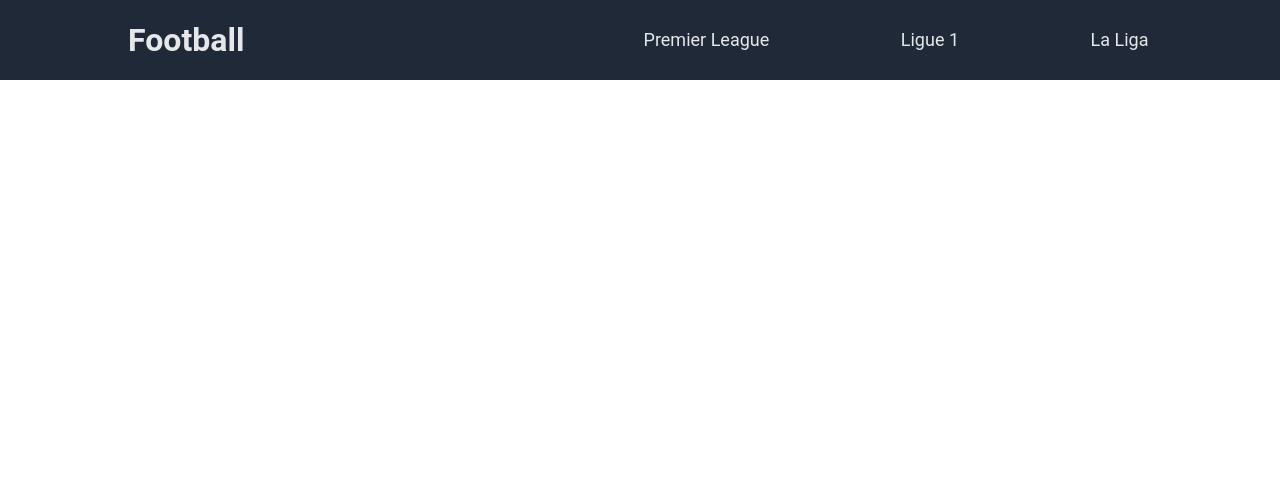
Repository: MhlengiNgubane/Brainnest_CSS
Page: pages/link2.html
These files come from the project's save history. The page is drawn as it stood at one moment and after a run of saves; the edit follows.
The browser window is 1280 px wide. The pictures show the whole page.
Some web fonts or font styles are not loaded; a fallback is used.

Above is the page before, as saved 2022-08-28 08:23:41.

### pages/link2.html
<!DOCTYPE html>
<html lang="en">
<head>
    <meta charset="UTF-8">
    <meta http-equiv="X-UA-Compatible" content="IE=edge">
    <meta name="viewport" content="width=device-width, initial-scale=1.0">
    <title>Ligue 1</title>

    <link rel="stylesheet" href="../css/style.css">
</head>
<body>
    <header class="logo-links">
        <h1>
            <a href="../index.html">Football</a>
        </h1>
        <nav class="links">
            <a href="../pages/link1.html">Premier League</a>
            <a href="../pages/link2.html">Ligue 1</a>
            <a href="../pages/link3.html">La Liga</a>
        </nav>
    </header>
</body>
</html>

### css/style.css
@font-face {
    font-family: "Roboto";
    src: url(./fonts/Roboto-Regular.ttf) format('truetype');
}
* {
    box-sizing: border-box;
    margin: 0;
    padding: 0;
    font-family: "Roboto", sans-serif;
}

header {
    position: fixed;
    left: 0;
    top: 0;
    height: 79.88px;
    width: 100%;
    color: #F9FAF8;
    display: flex;
    justify-content: space-between;
    align-items: center;
    background-color: #1F2937;
}

header h1 {
    display: flex;
    flex: 1;
    align-items: center;
    padding: 0 10%;
}

nav {
    display: flex;
    flex-direction: row;
    justify-content: space-evenly;
    color: #E5E7EB;
    font-size: 18px;
    flex: 3;
}
a {
    text-decoration: none;
    color: #E5E7EB;
}
.hero {
    margin-top: 79.88px;
    display: flex;
    flex-direction: row;
    height: 400px;
    width: 100%;
    background-color: #1F2937;
}
.hero aside {
    flex: 1;
    margin-left: 130px;
    margin-right: 20px;
    margin-top: 35px;
    margin-bottom: 35px;
}
.hero-text-one {
    color: #F9FAF8;
    font-size: 48px;
    margin: 0px;
}
.hero-text-two {
    color: #E5E7EB;
    font-size: 18px;
    margin-top: 14px;
    margin-bottom: 14px;
}
.hero-button {
    background-color: #3882F6;
    border-radius: 5px;
    color: #F9FAF8;
    border:none;
    padding: 5px 16px;
}
#hero-img {
    flex: 1;
    margin-left: 20px;
    margin-right: 35px;
    margin-top: 35px;
    margin-bottom: 45px;
}
#hero-img img {
    height: 230px;
    width: 446.5px;
}
main {
    margin-bottom: 50px;
}
.main-one-header {
    color: #1F2937;
    text-align: center;
    font-size: 36px;
    margin-top: 115.88px;
}
.main-header {
    color: #1F2937;
    text-align: center;
    margin: 36px 0px;
    font-size: 36px;
    font-weight: bold;
}
.images {
    display: flex;
    flex-direction: row;
    justify-content: center;
    height: 350px;
    width: 100%;
    padding-top: 30px;
    padding-bottom: 30px;
    margin-bottom: 45px;
}
figure {
    padding: 15px 10px;
}
figure img {
    height: 200px;
    width: 160px;
    border-radius: 4px;
    margin: 2px
}
figcaption{
    text-align: center;
    margin-top: 5px;
    margin-bottom: 0px;
    margin-right: 1px;
}
.quote {
    background-color: #E5E7EB;
    height: 300px;
    padding-left: 157px;
    padding-right: 157px;
    padding-top: 40px;
    padding-bottom: 40px;
}
blockquote {
    margin: 0px 5px;
    font-size: 36px;
    font-family: italic;
    font-weight: light;
    color: #1F2937;
}
.quote p {
    text-align: right;
    font-size: 18px;
    color: #1F2937;
}
.call-action {
    display: flex;
    flex-direction: row;
    background-color: #3882F6;
    border-radius: 4px;
    align-items: center;
    color: #F9FAF8;
    height: 115px;
    margin-left: 130px;
    margin-right: 130px;
    margin-top: 65px;
    margin-bottom: 65px;
}
.call-text {
    flex: 75%;
    align-content: center;
    padding-left: 125px;
 }
.call-text-one {
    color: #F9FAF8;
    margin-bottom: 2px;
    font-size: 24px;
}
.call-text-two {
    color: #F9FAF8;
    margin-top: 2px;
}
.call-button {
    flex: 25%;
}
.call-button button {
    background-color: #3882F6;
    border-radius: 4px;
    color: #F9FAF8;
    padding: 7px 20px;
    border-color: #F9FAF8;
}
footer {
    height: 70px;
    width: 100%;
    background-color: #1F2937;
    color: white;
    display: flex;
    justify-content: center;
    align-items: center;
}

After the next 2 saves:
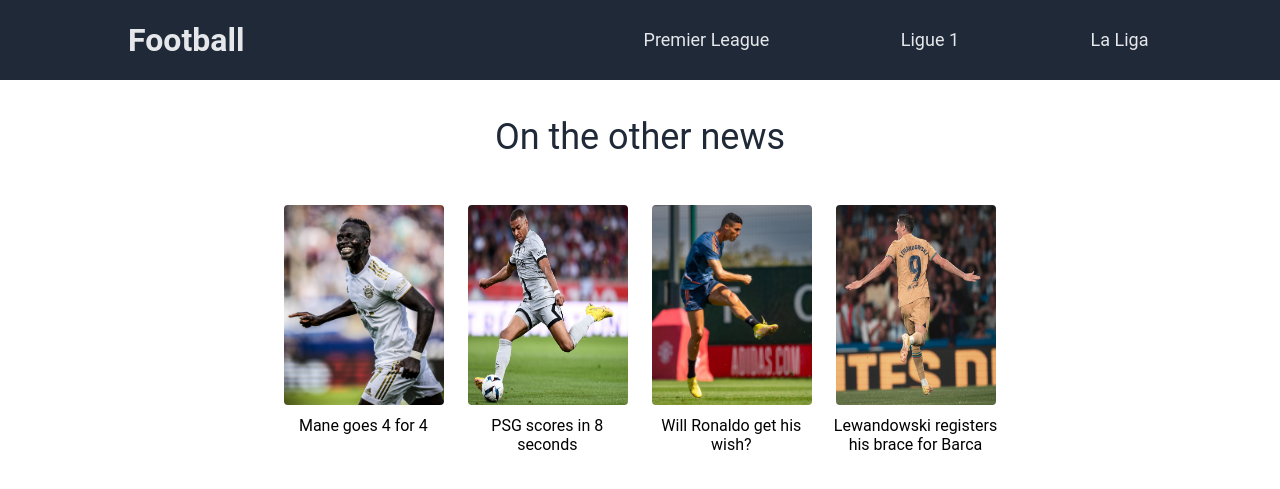
The 2 saves are shown as one change because they came seconds apart.
The last was saved 57 s later.
--- a/pages/link2.html
+++ b/pages/link2.html
@@ -19,5 +19,46 @@
             <a href="../pages/link3.html">La Liga</a>
         </nav>
     </header>
+    <main>
+        <p class="main-one-header">On the other news</p>
+        <section class="images">
+            <figure>
+                <img
+                    src="../images/mane.png"
+                    alt="Sadio Mane in bundesliga"
+                />
+                <figcaption>
+                    Mane goes 4 for 4
+                </figcaption>
+            </figure>
+            <figure>
+                <img
+                    src="../images/mbappe.png"
+                    alt="Kylian Mbappe"
+                />
+                <figcaption>
+                    PSG scores in 8<br/> seconds
+                </figcaption>
+            </figure>
+            <figure class="main-three">
+                <img
+                    src="../images/ronaldo.png"
+                    alt="Cristiano Ronaldo"
+                />
+                <figcaption>
+                    Will Ronaldo get his<br/> wish?
+                </figcaption>
+            </figure>
+            <figure class="main-four">
+                <img
+                    src="../images/lewandowski.png"
+                    alt="Robert Lewandowski"
+                />
+                <figcaption>
+                    Lewandowski registers<br/> his brace for Barca
+                </figcaption>
+            </figure>
+        </section>
+    </main>
 </body>
 </html>
